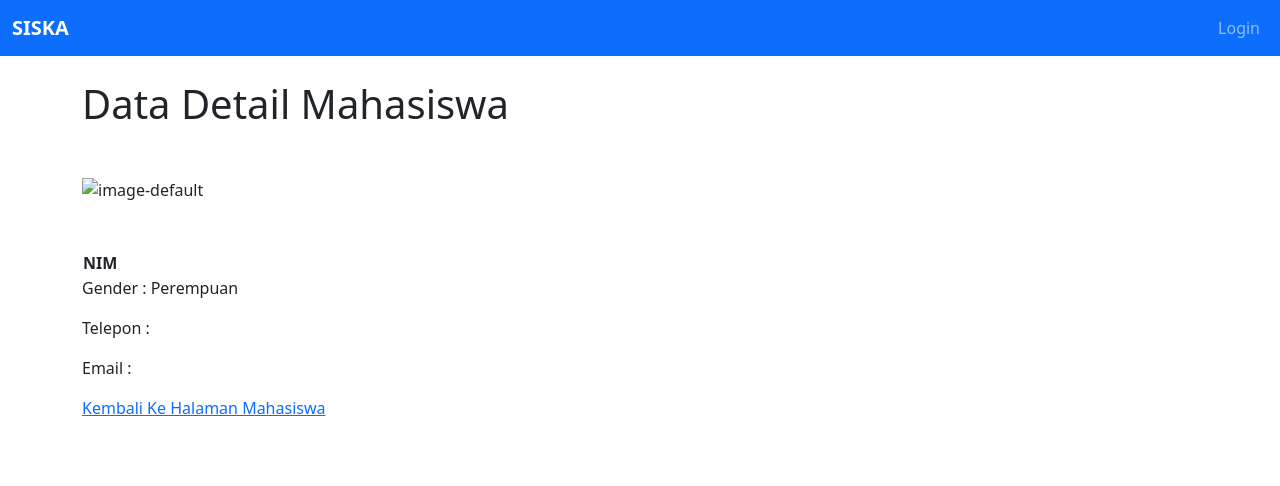
Repository: WiraAtma/administrasi-kampus
Page: resources/views/mahasiswa-detail.blade.php
These files come from the project's save history. The page is drawn as it stood at one moment and after the next save; the edit follows.
The browser window is 1280 px wide. The pictures show the whole page.
The page is served by the project's Laravel application, run on PHP 8.4 with Laravel 12. Other server files are loaded and not shown. The template is opened directly, without the code that normally fills it, so the values that code supplies are empty.

Above is the page before, as saved 2024-10-26 16:06:36.

### routes/web.php
<?php

use App\Http\Controllers\AuthController;
use App\Http\Controllers\FakultasController;
use App\Http\Controllers\MahasiswaController;
use App\Http\Controllers\ProdiController;
use App\Http\Middleware\AdminAccess;
use App\Http\Middleware\DosenAccess;
use Illuminate\Support\Facades\Route;

Route::get('/', function() {
    return view('home');
});

Route::get('/login', [AuthController::class, 'login'])->name('login')->middleware('guest');
Route::post('/login', [AuthController::class, 'authenticing'])->middleware('guest');
Route::get('/logout', [AuthController::class, 'logout']);

Route::get('/mahasiswa', [MahasiswaController::class, 'index'])->middleware('auth');
Route::get('/mahasiswa-detail/{id}', [MahasiswaController::class, 'show'])->middleware('auth');
Route::get('/mahasiswa-create', [MahasiswaController::class, 'create'])->middleware([AdminAccess::class]);
Route::post('/filter-mahasiswa', [MahasiswaController::class, 'store'])->middleware([AdminAccess::class]);
Route::get('/mahasiswa-edit/{id}', [MahasiswaController::class, 'edit'])->middleware([DosenAccess::class]);
Route::put('/filter-mahasiswa/{id}', [MahasiswaController::class, 'update'])->middleware([DosenAccess::class]);
Route::get('/mahasiswa-delete/{id}', [MahasiswaController::class, 'delete'])->middleware([AdminAccess::class]);
Route::delete('/filter-delete-mahasiswa/{id}', [MahasiswaController::class, 'destroy'])->middleware([AdminAccess::class]);
Route::get('/mahasiswa-temporary', [MahasiswaController::class, 'mahasiswaDeleted'])->middleware([AdminAccess::class]);
Route::get('/filter-restore-mahasiswa/{id}', [MahasiswaController::class, 'restore'])->middleware([AdminAccess::class]);

Route::get('/prodi', [ProdiController::class, 'index'])->middleware('auth');
Route::get('/prodi-detail/{id}', [ProdiController::class, 'show'])->middleware('auth');
Route::get('/prodi-create', [ProdiController::class, 'create'])->middleware([AdminAccess::class]);
Route::post('/filter-prodi', [ProdiController::class, 'store'])->middleware([AdminAccess::class]);
Route::get('/prodi-edit/{id}', [ProdiController::class, 'edit'])->middleware([DosenAccess::class]);
Route::post('/filter-prodi/{id}', [ProdiController::class, 'update'])->middleware([DosenAccess::class]);
Route::get('/prodi-delete/{id}', [ProdiController::class, 'delete'])->middleware([AdminAccess::class]);
Route::delete('/filter-delete-prodi/{id}', [ProdiController::class, 'destroy'])->middleware(AdminAccess::class);
Route::get('/prodi-temporary', [ProdiController::class, 'prodiDeleted'])->middleware([AdminAccess::class]);
Route::get('/filter-restore-prodi/{id}', [ProdiController::class, 'restore'])->middleware([AdminAccess::class]);

Route::get('/fakultas', [FakultasController::class, 'index'])->middleware('auth');

### resources/views/mahasiswa-detail.blade.php
@extends('layouts.mainLayouts')

@section('title','Detail Mahasiswa')

@section('content')
    <h1>Data Detail Mahasiswa</h1>
    <div class="my-5">
        @if ($mahasiswa->image != '')
            <img src="{{ asset('storage/photo/'. $mahasiswa->image) }}" alt="image" style="width:200px">
        @else
            <img src="{{ asset('storage/default/defaultPhoto.jpg') }}" alt="image-default" style="width:200px">
        @endif

    </div>
    <div class="mt-5">
        <table>
            <tr>
                <th>NIM</th>
                <td>{{ $mahasiswa->nim }}</td>
            </tr>
        </table>
        {{-- <p>NIM : </p>
        <p>Nama : {{ $mahasiswa->name }}</p>
        <p>Prodi : {{ $mahasiswa->prodi->name }}</p>
        <p>Fakultas :
            {{ $mahasiswa->prodi->fakultas->name }}
        </p> --}}
        <p>
            Gender :
            @if ($mahasiswa->gender === 'L')
                Laki - Laki
            @else
                Perempuan
            @endif
        </p>
        <p>Telepon : {{ $mahasiswa->phone }}</p>
        <p>Email : {{ $mahasiswa->email }}</p>
    </div>
    <a href="/mahasiswa">Kembali Ke Halaman Mahasiswa</a>
@endsection

### resources/views/layouts/mainLayouts.blade.php
<!DOCTYPE html>
<html lang="en">
<head>
    <meta charset="UTF-8">
    <meta name="viewport" content="width=device-width, initial-scale=1.0">
    <meta http-equiv="X-UA-Compatible" content="ie=edge">
    <title>SISKA | @yield('title')</title>
    <link href="https://cdn.jsdelivr.net/npm/bootstrap@5.3.3/dist/css/bootstrap.min.css" rel="stylesheet" integrity="sha384-QWTKZyjpPEjISv5WaRU9OFeRpok6YctnYmDr5pNlyT2bRjXh0JMhjY6hW+ALEwIH" crossorigin="anonymous">
</head>
<body>
    <nav class="navbar sticky-top bg-primary navbar-expand-lg" data-bs-theme="dark">
        <div class="container-fluid">
          <a class="navbar-brand" href="/" style="font-weight: bold">SISKA</a>
          <button class="navbar-toggler" type="button" data-bs-toggle="collapse" data-bs-target="#navbarTogglerDemo02" aria-controls="navbarTogglerDemo02" aria-expanded="false" aria-label="Toggle navigation">
            <span class="navbar-toggler-icon"></span>
          </button>
          <div class="collapse navbar-collapse" id="navbarTogglerDemo02">
              <ul class="navbar-nav me-auto mb-2 mb-lg-0">
              @if(auth()->check() && auth()->user()->name != '')
              @else
                <li class="nav-item">
                  <a class="nav-link invisible {{ request()->is('/') ? 'active' : ''}}" href="/">Beranda</a>
                </li>
              @endif
              @if(auth()->check() && auth()->user()->name != '')
                <li class="nav-item">
                  <a class="nav-link {{ request()->is('mahasiswa') ? 'active' : ''}}" href="/mahasiswa">Mahasiswa</a>
                </li>
                <li class="nav-item">
                  <a class="nav-link {{ request()->is('prodi') ? 'active' : ''}}" href="/prodi">Program Studi</a>
                </li>
                <li class="nav-item">
                  <a class="nav-link {{ request()->is('fakultas') ? 'active' : ''}}" href="/fakultas">Fakultas Kampus</a>
                </li>
              @else
              @endif
              </ul>
            <ul class="navbar-nav">
              <li class="nav-item">
                @if(auth()->check() && auth()->user()->name != '')
                  <a href="/logout" class="nav-link">Logout</a>
                @else
                  <a href="/login" class="nav-link">Login</a>
                @endif
              </li>
            </ul>
          </div>
        </div>
    </nav>
    <div class="container mt-4">
        @yield('content')
    </div>
    <script src="https://cdn.jsdelivr.net/npm/bootstrap@5.3.3/dist/js/bootstrap.bundle.min.js" integrity="sha384-YvpcrYf0tY3lHB60NNkmXc5s9fDVZLESaAA55NDzOxhy9GkcIdslK1eN7N6jIeHz" crossorigin="anonymous"></script>
</body>
</html>

After the next save:
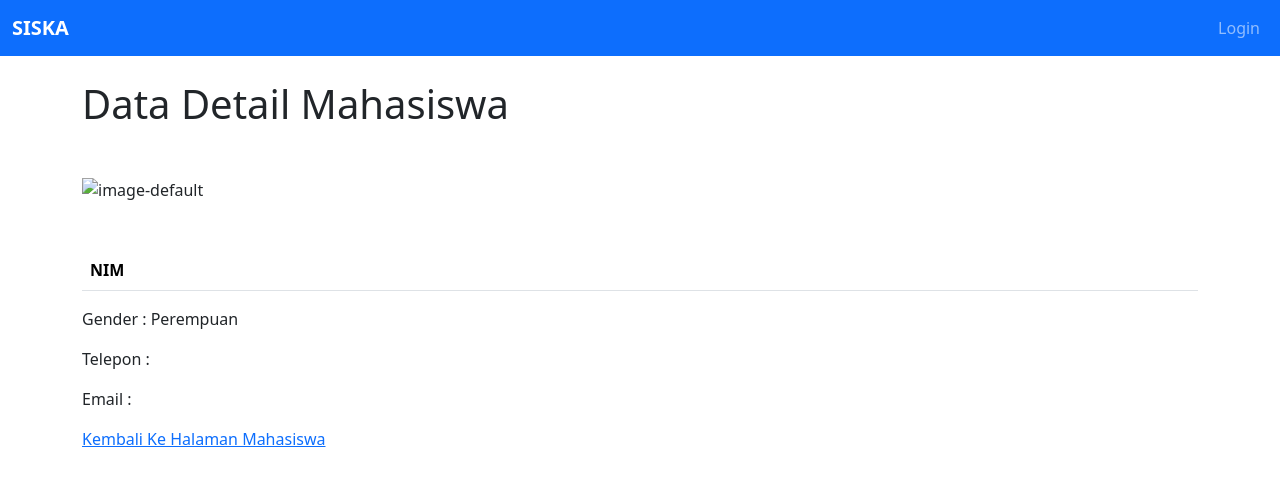
Saved 24 s later.
--- a/resources/views/mahasiswa-detail.blade.php
+++ b/resources/views/mahasiswa-detail.blade.php
@@ -13,7 +13,7 @@
 
     </div>
     <div class="mt-5">
-        <table>
+        <table class="table">
             <tr>
                 <th>NIM</th>
                 <td>{{ $mahasiswa->nim }}</td>
